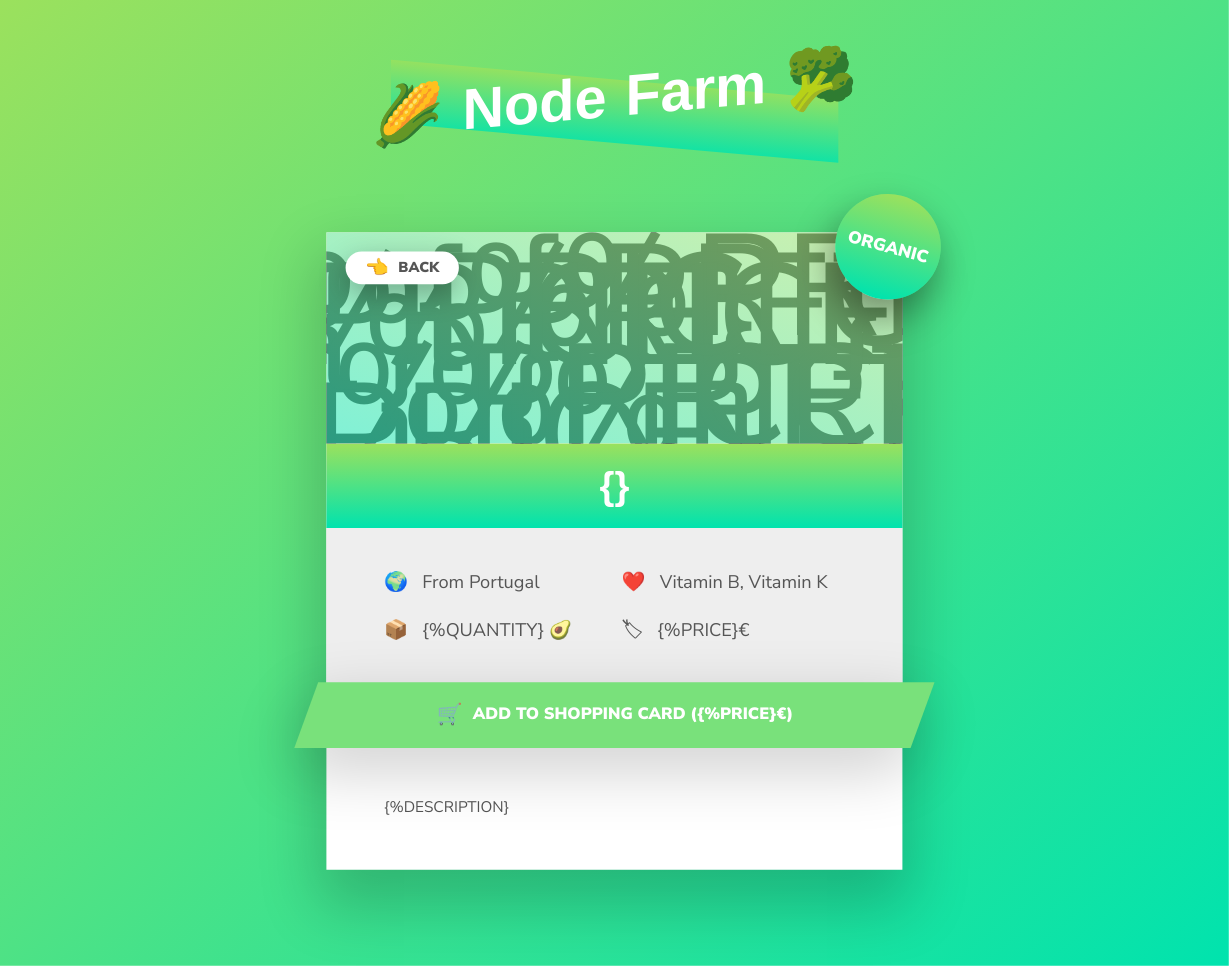
Repository: 13-Joban/Node_Farm_Backend
Page: templates/product.html
These files come from the project's save history. The page is drawn as it stood at one moment and after the next save; the edit follows.
The browser window is 1280 px wide. The pictures show the whole page, at 96% of full size.
Some web fonts or font styles are not loaded; a fallback is used.

Above is the page before, as saved 2022-07-16 17:30:13.

After the next save:
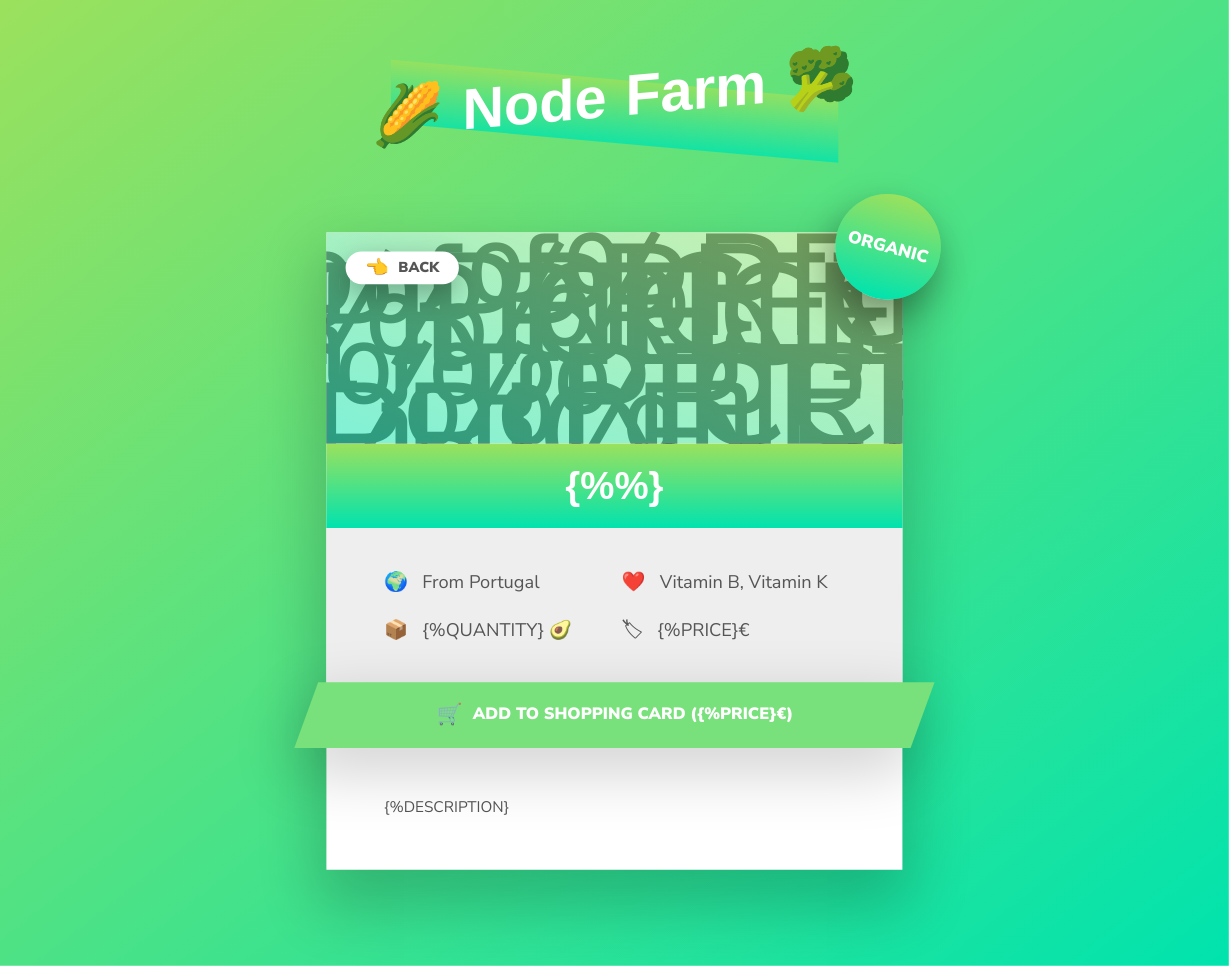
Saved 4 s later.
--- a/templates/product.html
+++ b/templates/product.html
@@ -286,7 +286,7 @@
           <span class="product__emoji product__emoji--8">{%PRICE}</span>
           <span class="product__emoji product__emoji--9">{%PRICE}</span>
         </div>
-        <h2 class="product__name">{}</h2>
+        <h2 class="product__name">{%%}</h2>
         <div class="product__details">
           <p><span class="emoji-left">🌍</span> From Portugal</p>
           <p><span class="emoji-left">❤️</span> Vitamin B, Vitamin K</p>
